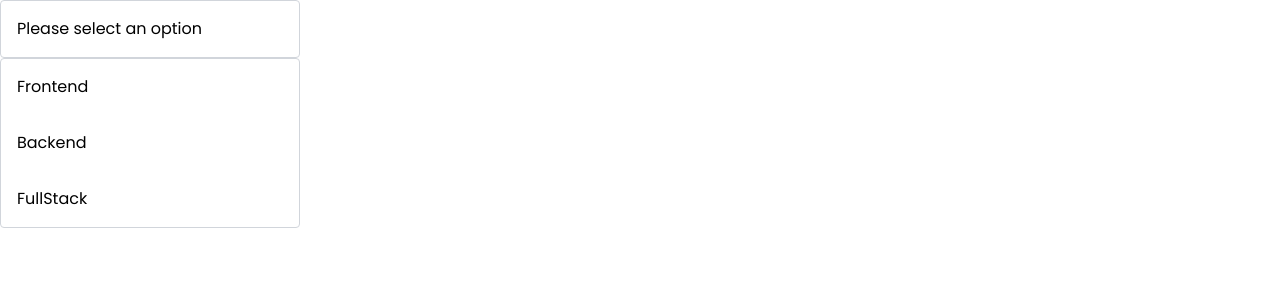
Repository: ThanhPhongsof/React-Course
Page: /
An editor plug-in stored every save of this project. The page is shown before and after the next save, followed by the edit.
The browser window is 1280 px wide. The pictures show the whole page.
The project was rebuilt for these pictures with package versions that can differ from the ones it lists, and the page was loaded fresh each time.

Above is the page before, as saved 2022-04-26 09:01:19.

After the next save:
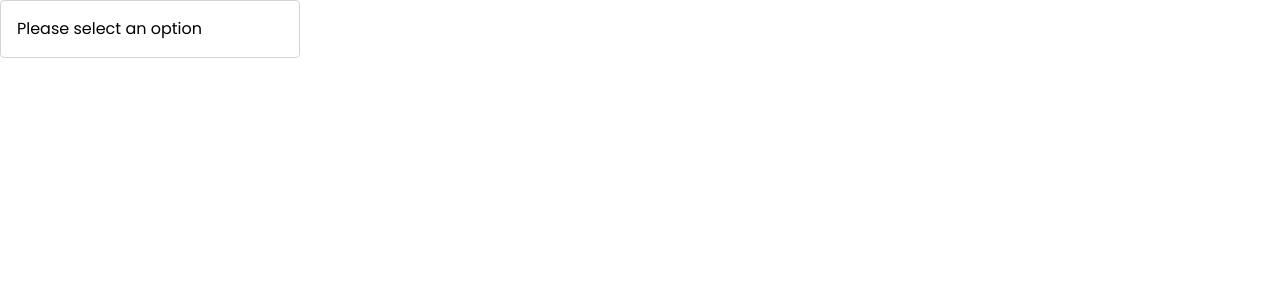
Saved 15 s later.
--- a/src/components/advanced-react/inversion-of-control/Dropdown.js
+++ b/src/components/advanced-react/inversion-of-control/Dropdown.js
@@ -14,11 +14,13 @@ const Dropdown = () => {
       >
         Please select an option
       </div>
-      <div className="border border-gray-300 rounded options">
-        <div className="p-4 cursor-pointer option-item">Frontend</div>
-        <div className="p-4 cursor-pointer option-item">Backend</div>
-        <div className="p-4 cursor-pointer option-item">FullStack</div>
-      </div>
+      {show && (
+        <div className="border border-gray-300 rounded options">
+          <div className="p-4 cursor-pointer option-item">Frontend</div>
+          <div className="p-4 cursor-pointer option-item">Backend</div>
+          <div className="p-4 cursor-pointer option-item">FullStack</div>
+        </div>
+      )}
     </div>
   );
 };
